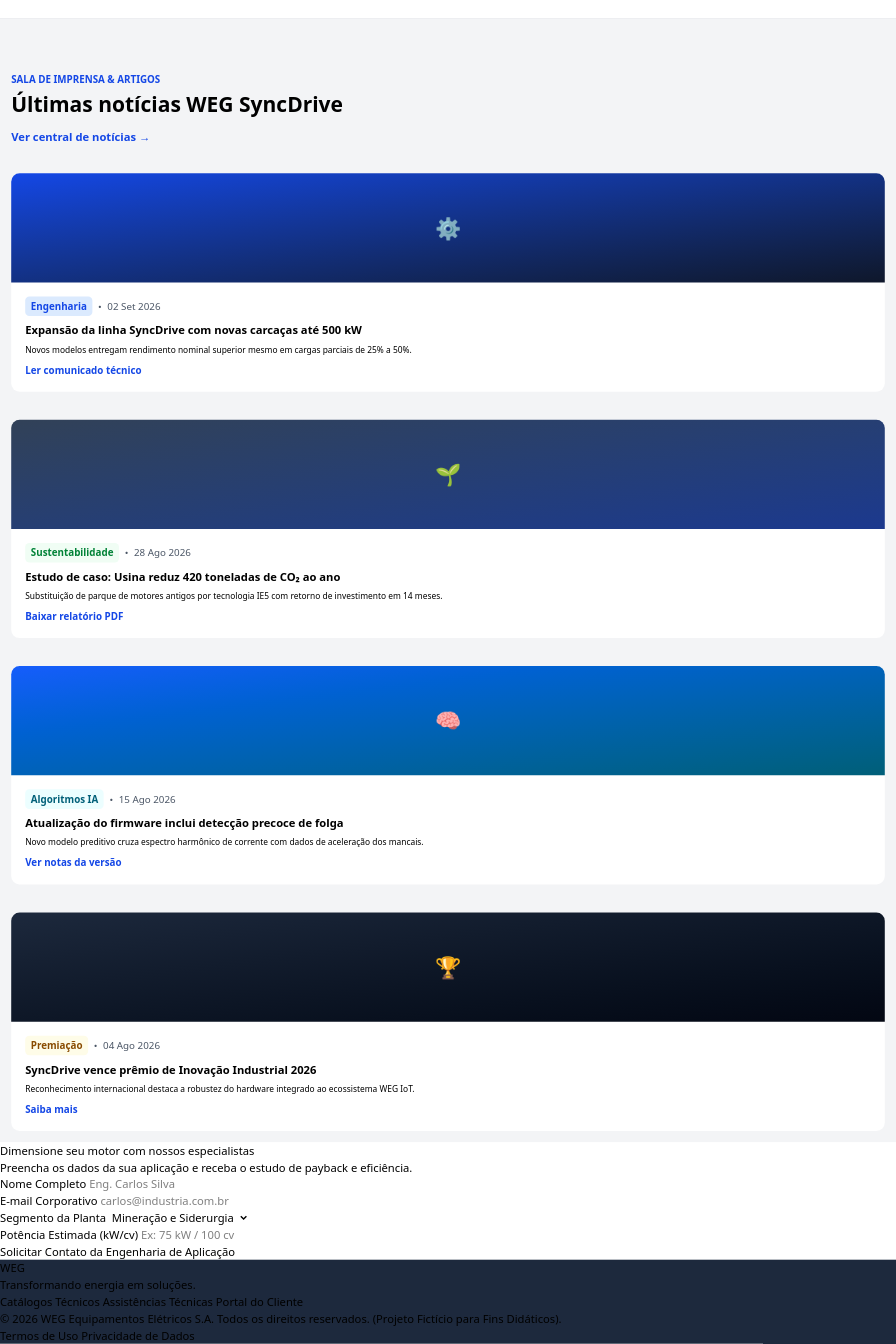
Repository: camilewng/Exercicio-Tailwind
Page: index.html
These files come from the project's save history. The page is drawn as it stood at one moment and after the next save; the edit follows.
The browser window is 1280 px wide. The pictures show the part of the page from y = 2841 to 4761 px (the page is 4761 px tall), at 70% of full size.

Above is the page before, as saved 2026-09-14 15:51:17.

After the next save:
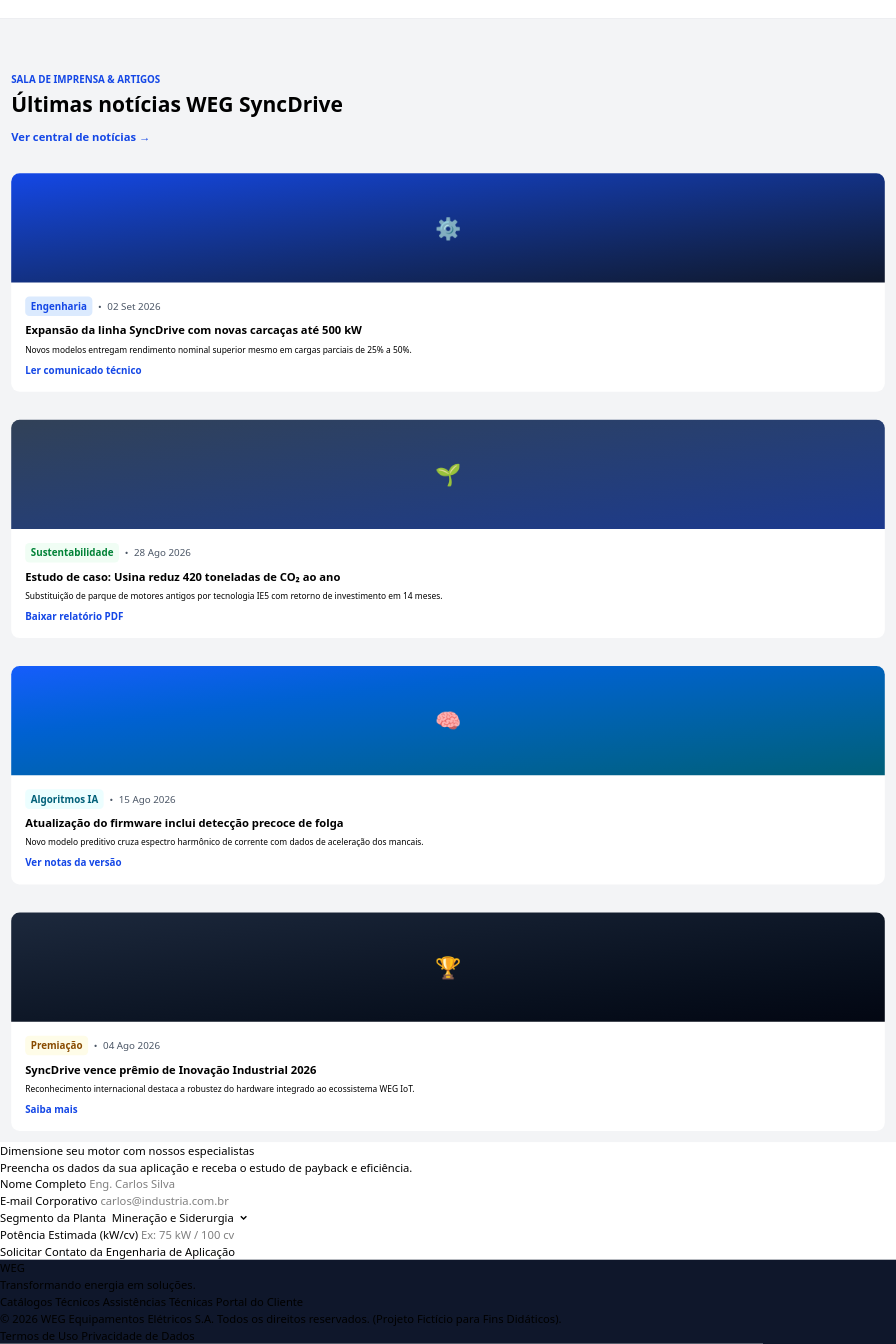
Saved 5 s later.
--- a/index.html
+++ b/index.html
@@ -369,7 +369,7 @@
        - Layout corporativo com tipografia sutil.
        - Disposição em flexbox responsivo (colunas empilhadas no mobile, linha no desktop).
   =========================================== -->
-  <footer class="bg-slate-800">
+  <footer class="bg-slate-900">
     <div>
       <div>
         <div>
